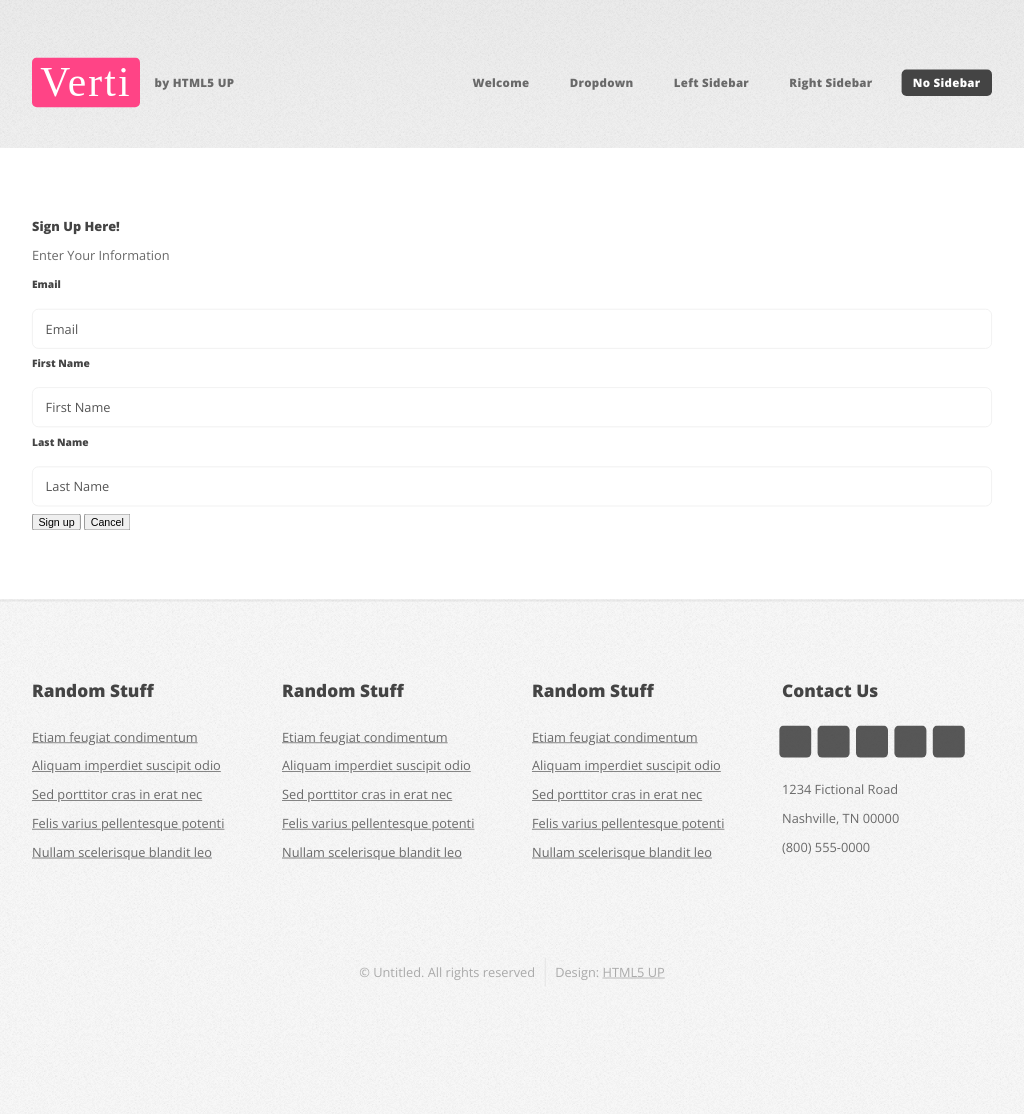
Repository: Tschav/ese2015_hello
Page: http://localhost/Skeleton/pages/index.jsp
These files come from the project's save history. The page is drawn as it stood at one moment and after the next save; the edit follows.
The browser window is 1280 px wide. The pictures show the whole page, at 80% of full size.
Some web fonts or font styles are not loaded; a fallback is used. The page is served by Tomcat 9. Nobody is signed in. The application's start-up code is not run. Other server files are loaded and not shown. The template is opened directly, without the code that normally fills it, so the values that code supplies are empty.

Above is the page before, as saved 2015-09-25 08:58:39.

### Skeleton/src/main/webapp/pages/index.jsp
<%@ page language="java" pageEncoding="UTF-8" contentType="text/html;charset=utf-8" %>
<%@ taglib prefix="c" uri="http://java.sun.com/jsp/jstl/core" %>
<%@ taglib prefix="form" uri="http://www.springframework.org/tags/form" %>
<%@ taglib prefix="spring" uri="http://www.springframework.org/tags" %>


<c:import url="template/header.jsp" />


<h1>Sign Up Here!</h1>


<form:form method="post" modelAttribute="signupForm" action="create" id="signupForm" cssClass="form-horizontal"  autocomplete="off">
    <fieldset>
        <legend>Enter Your Information</legend>

        <c:set var="emailErrors"><form:errors path="email"/></c:set>
        <div class="control-group<c:if test="${not empty emailErrors}"> error</c:if>">
            <label class="control-label" for="field-email">Email</label>

            <div class="controls">
                <form:input path="email" id="field-email" tabindex="1" maxlength="45" placeholder="Email"/>
                <form:errors path="email" cssClass="help-inline" element="span"/>
            </div>
        </div>
        <c:set var="firstNameErrors"><form:errors path="firstName"/></c:set>
        <div class="control-group<c:if test="${not empty firstNameErrors}"> error</c:if>">
            <label class="control-label" for="field-firstName">First Name</label>
            <div class="controls">
                <form:input path="firstName" id="field-firstName" tabindex="2" maxlength="35" placeholder="First Name"/>
                <form:errors path="firstName" cssClass="help-inline" element="span"/>
            </div>
        </div>
        <c:set var="lastNameErrors"><form:errors path="lastName"/></c:set>
        <div class="control-group<c:if test="${not empty lastNameErrors}"> error</c:if>">
            <label class="control-label" for="field-lastName">Last Name</label>
            <div class="controls">
                <form:input path="lastName" id="field-lastName" tabindex="3" maxlength="35" placeholder="Last Name"/>
                <form:errors path="lastName" cssClass="help-inline" element="span"/>
            </div>
        </div>
        <div class="form-actions">
            <button type="submit" class="btn btn-primary">Sign up</button>
            <button type="button" class="btn">Cancel</button>
        </div>
    </fieldset>
</form:form>




	<c:if test="${page_error != null }">
        <div class="alert alert-error">
            <button type="button" class="close" data-dismiss="alert">&times;</button>
            <h4>Error!</h4>
                ${page_error}
        </div>
    </c:if>


<c:import url="template/footer.jsp" />

### Skeleton/src/main/webapp/pages/template/header.jsp



<!DOCTYPE HTML>
<!--
	Verti by HTML5 UP
	html5up.net | @n33co
	Free for personal and commercial use under the CCA 3.0 license (html5up.net/license)
-->
<html>
	<head>
		<title>No Sidebar - Verti by HTML5 UP</title>
		<meta http-equiv="content-type" content="text/html; charset=utf-8" />
		<meta name="description" content="" />
		<meta name="keywords" content="" />
		<!--[if lte IE 8]><script src="/Skeleton/css/ie/html5shiv.js"></script><![endif]-->
		<script src="/Skeleton/js/jquery.min.js"></script>
		<script src="/Skeleton/js/jquery.dropotron.min.js"></script>
		<script src="/Skeleton/js/skel.min.js"></script>
		<script src="/Skeleton/js/skel-layers.min.js"></script>
		<script src="/Skeleton/js/init.js"></script>
		<noscript>
			<link rel="stylesheet" href="/Skeleton/css/skel.css" />
			<link rel="stylesheet" href="/Skeleton/css/style.css" />
			<link rel="stylesheet" href="/Skeleton/css/style-desktop.css" />
		</noscript>
		<!--[if lte IE 8]><link rel="stylesheet" href="/Skeleton/css/ie/v8.css" /><![endif]-->
	</head>
	<body class="no-sidebar">

		<!-- Header -->
			<div id="header-wrapper">
				<header id="header" class="container">

					<!-- Logo -->
						<div id="logo">
							<h1><a href="index.html">Verti</a></h1>
							<span>by HTML5 UP</span>
						</div>

					<!-- Nav -->
						<nav id="nav">
							<ul>
								<li><a href="index.html">Welcome</a></li>
								<li>
									<a href="">Dropdown</a>
									<ul>
										<li><a href="#">Lorem ipsum dolor</a></li>
										<li><a href="#">Magna phasellus</a></li>
										<li>
											<a href="">Phasellus consequat</a>
											<ul>
												<li><a href="#">Lorem ipsum dolor</a></li>
												<li><a href="#">Phasellus consequat</a></li>
												<li><a href="#">Magna phasellus</a></li>
												<li><a href="#">Etiam dolore nisl</a></li>
											</ul>
										</li>
										<li><a href="#">Veroeros feugiat</a></li>
									</ul>
								</li>
								<li><a href="left-sidebar.html">Left Sidebar</a></li>
								<li><a href="right-sidebar.html">Right Sidebar</a></li>
								<li class="current"><a href="no-sidebar.html">No Sidebar</a></li>
							</ul>
						</nav>

				</header>
			</div>

		<!-- Main -->
			<div id="main-wrapper">
				<div class="container">
					<div id="content">

						<!-- Content -->
							<article>

### Skeleton/src/main/webapp/pages/template/footer.jsp
	</article>

					</div>
				</div>
			</div>

		<!-- Footer -->
			<div id="footer-wrapper">
				<footer id="footer" class="container">
					<div class="row">
						<div class="3u">

							<!-- Links -->
								<section class="widget links">
									<h3>Random Stuff</h3>
									<ul class="style2">
										<li><a href="#">Etiam feugiat condimentum</a></li>
										<li><a href="#">Aliquam imperdiet suscipit odio</a></li>
										<li><a href="#">Sed porttitor cras in erat nec</a></li>
										<li><a href="#">Felis varius pellentesque potenti</a></li>
										<li><a href="#">Nullam scelerisque blandit leo</a></li>
									</ul>
								</section>

						</div>
						<div class="3u">

							<!-- Links -->
								<section class="widget links">
									<h3>Random Stuff</h3>
									<ul class="style2">
										<li><a href="#">Etiam feugiat condimentum</a></li>
										<li><a href="#">Aliquam imperdiet suscipit odio</a></li>
										<li><a href="#">Sed porttitor cras in erat nec</a></li>
										<li><a href="#">Felis varius pellentesque potenti</a></li>
										<li><a href="#">Nullam scelerisque blandit leo</a></li>
									</ul>
								</section>

						</div>
						<div class="3u">

							<!-- Links -->
								<section class="widget links">
									<h3>Random Stuff</h3>
									<ul class="style2">
										<li><a href="#">Etiam feugiat condimentum</a></li>
										<li><a href="#">Aliquam imperdiet suscipit odio</a></li>
										<li><a href="#">Sed porttitor cras in erat nec</a></li>
										<li><a href="#">Felis varius pellentesque potenti</a></li>
										<li><a href="#">Nullam scelerisque blandit leo</a></li>
									</ul>
								</section>

						</div>
						<div class="3u">

							<!-- Contact -->
								<section class="widget contact last">
									<h3>Contact Us</h3>
									<ul>
										<li><a href="#" class="icon fa-twitter"><span class="label">Twitter</span></a></li>
										<li><a href="#" class="icon fa-facebook"><span class="label">Facebook</span></a></li>
										<li><a href="#" class="icon fa-instagram"><span class="label">Instagram</span></a></li>
										<li><a href="#" class="icon fa-dribbble"><span class="label">Dribbble</span></a></li>
										<li><a href="#" class="icon fa-pinterest"><span class="label">Pinterest</span></a></li>
									</ul>
									<p>1234 Fictional Road<br />
									Nashville, TN 00000<br />
									(800) 555-0000</p>
								</section>

						</div>
					</div>
					<div class="row">
						<div class="12u">
							<div id="copyright">
								<ul class="menu">
									<li>&copy; Untitled. All rights reserved</li><li>Design: <a href="http://html5up.net">HTML5 UP</a></li>
								</ul>
							</div>
						</div>
					</div>
				</footer>
			</div>

	</body>
</html>

### Skeleton/src/main/webapp/css/style-desktop.css
/*
	Verti by HTML5 UP
	html5up.net | @n33co
	Free for personal and commercial use under the CCA 3.0 license (html5up.net/license)
*/

/*********************************************************************************/
/* Basic                                                                         */
/*********************************************************************************/

	body
	{
		line-height: 2.25em;
	}

	h2
	{
		font-size: 2.25em;
		margin: 0 0 1.1em 0;
		line-height: 1em;
	}

	h3
	{
		font-size: 1.35em;
		margin: 0 0 1em 0;
	}

	/* Button */

		input[type="button"],
		input[type="submit"],
		input[type="reset"],
		.button
		{
			font-size: 1.35em;
			padding: 0.6em 1.5em;
		}

			input[type="button"].big,
			input[type="submit"].big,
			input[type="reset"].big,
			.button.big
			{
				font-size: 2.25em;
				padding: 0.8em 0.9em;
			}

			.button.icon
			{
			}

				.button.icon:before
				{
					margin-right: 0.5em;
					top: 0.05em;
				}

	/* Box */

		.box
		{
			padding: 2em;
		}

			.box.feature
			{
				padding: 0;
			}

				.box.feature .inner
				{
					padding: 4em 2em 3em 2em;
				}

				.box.feature h2
				{
					font-size: 1.35em;
				}

				.box.feature p
				{
					margin: 0;
				}

				.box.feature .image
				{
					position: relative;
					margin: 0;
				}

					.box.feature .image img
					{
						border-bottom-left-radius: 0;
						border-bottom-right-radius: 0;
					}

/*********************************************************************************/
/* Widgets                                                                       */
/*********************************************************************************/

	.widget
	{
	}

		.widget.thumbnails
		{
		}

			.widget.thumbnails .grid
			{
				margin: 0 0 3em 0;
			}

			.widget.thumbnails .image
			{
				margin: 0;
			}

/*********************************************************************************/
/* Wrappers                                                                      */
/*********************************************************************************/

	#header-wrapper
	{
		padding: 4.5em 0 1em 0;
	}

	#features-wrapper
	{
		padding: 3em 0 3em 0;
	}

	#main-wrapper
	{
		padding: 5em 0 5em 0;
	}

	#footer-wrapper
	{
		padding: 6em 0 8em 0;
	}

/*********************************************************************************/
/* Logo                                                                          */
/*********************************************************************************/

	#logo
	{
	}

		#logo h1
		{
			float: left;
			margin: 0 0.35em 0 0;
			padding: 0.25em 0.2em 0.25em 0.2em;
			font-size: 3.25em;
			letter-spacing: 0.05em;
		}

		#logo span
		{
			line-height: 4.5em;
			letter-spacing: 0.025em;
			font-size: 0.9em;
		}

/*********************************************************************************/
/* Nav                                                                           */
/*********************************************************************************/

	#nav
	{
		position: absolute;
		right: 0;
		top: 0;
		font-size: 0.9em;
	}

		#nav ul
		{
		}

			#nav ul li
			{
				float: left;
				line-height: 4.5em;
				padding-left: 1.5em;
			}

				#nav ul li a,
				#nav ul li span
				{
					font-weight: 800;
					letter-spacing: 0.025em;
					color: #696969;
					text-decoration: none;
					border-radius: 6px;
					padding: 0.5em 1em 0.5em 1em;
					-moz-transition: background-color .25s ease-in-out;
					-webkit-transition: background-color .25s ease-in-out;
					-o-transition: background-color .25s ease-in-out;
					-ms-transition: background-color .25s ease-in-out;
					transition: background-color .25s ease-in-out;
				}

				#nav ul li > ul
				{
					display: none;
				}

			#nav ul li:hover
			{
			}

				#nav ul li:hover a,
				#nav ul li:hover span
				{
					background: #fff;
				}

			#nav ul li.active
			{
			}

				#nav ul li.active a,
				#nav ul li.active span
				{
					background: #fff;
				}

			#nav ul li.current
			{
			}

				#nav ul li.current a
				{
					background: #444;
					color: #fff;
				}

	.dropotron
	{
		background: #fff;
		letter-spacing: 0.025em;
		color: #696969;
		text-decoration: none;
		border-radius: 6px;
		padding: 0.75em 0;
		min-width: 15em;
		box-shadow: inset 0 0 0 1px rgba(0,0,0,0.1), 0 0.25em 0.25em 0.1em rgba(0,0,0,0.025);
		margin-top: calc(-0.75em + 1px);
		margin-left: -1px;
	}

		.dropotron li
		{
			border-top: solid 1px #eee;
			line-height: 3em;
		}

			.dropotron li:first-child
			{
				border-top: 0;
			}

			.dropotron li > a,
			.dropotron li > span
			{
				text-decoration: none;
				color: inherit;
				display: block;
				padding: 0 1.5em;
				-moz-transition: color .25s ease-in-out, background-color .25s ease-in-out;
				-webkit-transition: color .25s ease-in-out, background-color .25s ease-in-out;
				-o-transition: color .25s ease-in-out, background-color .25s ease-in-out;
				-ms-transition: color .25s ease-in-out, background-color .25s ease-in-out;
				transition: color .25s ease-in-out, background-color .25s ease-in-out;
			}

				.dropotron li > a:hover,
				.dropotron li > span:hover,
				.dropotron li.active > a,
				.dropotron li.active > span
				{
					background: #eee;
				}

		.dropotron.level-0
		{
			font-size: 0.8em;
			margin-left: 1.5em;
			margin-top: 0;
		}

			.dropotron.level-0:before
			{
				content: '';
				position: absolute;
				top: -0.5em;
				left: 1em;
				border-bottom: solid 0.75em #ffffff;
				border-left: solid 0.75em transparent;
				border-right: solid 0.75em transparent;
				z-index: 1;
			}

/*********************************************************************************/
/* Banner                                                                        */
/*********************************************************************************/

	#banner
	{
		padding: 4.5em;
	}

		#banner h2
		{
			font-size: 3.5em;
			margin: 0.1em 0 0.35em 0;
		}

		#banner p
		{
			font-size: 2.75em;
			line-height: 1.35em;
			margin: 0;
		}

		#banner .button
		{
			width: 100%;
			margin-bottom: 0.5em;
		}

			#banner .button.icon:before
			{
				position: absolute;
				right: 0.15em;
				top: 50%;
				margin-top: -0.5em;
			}

		#banner .button.alt
		{
			margin-bottom: 0;
		}

		#banner ul
		{
			margin: 0 0 0 2em;
		}

/*********************************************************************************/
/* Footer                                                                        */
/*********************************************************************************/

	#footer
	{
	}

	#copyright
	{
		padding: 4em 0 0 0;
		text-align: center;
	}

Loaded but not shown: Skeleton/src/main/webapp/js/jquery.min.js (library); Skeleton/src/main/webapp/js/jquery.dropotron.min.js (library); Skeleton/src/main/webapp/js/skel.min.js (library); Skeleton/src/main/webapp/js/skel-layers.min.js (library); Skeleton/src/main/webapp/css/font-awesome.min.css (library); Skeleton/src/main/webapp/js/init.js (81 lines, source omitted); Skeleton/src/main/webapp/css/style.css (670 lines, source omitted)

After the next save:
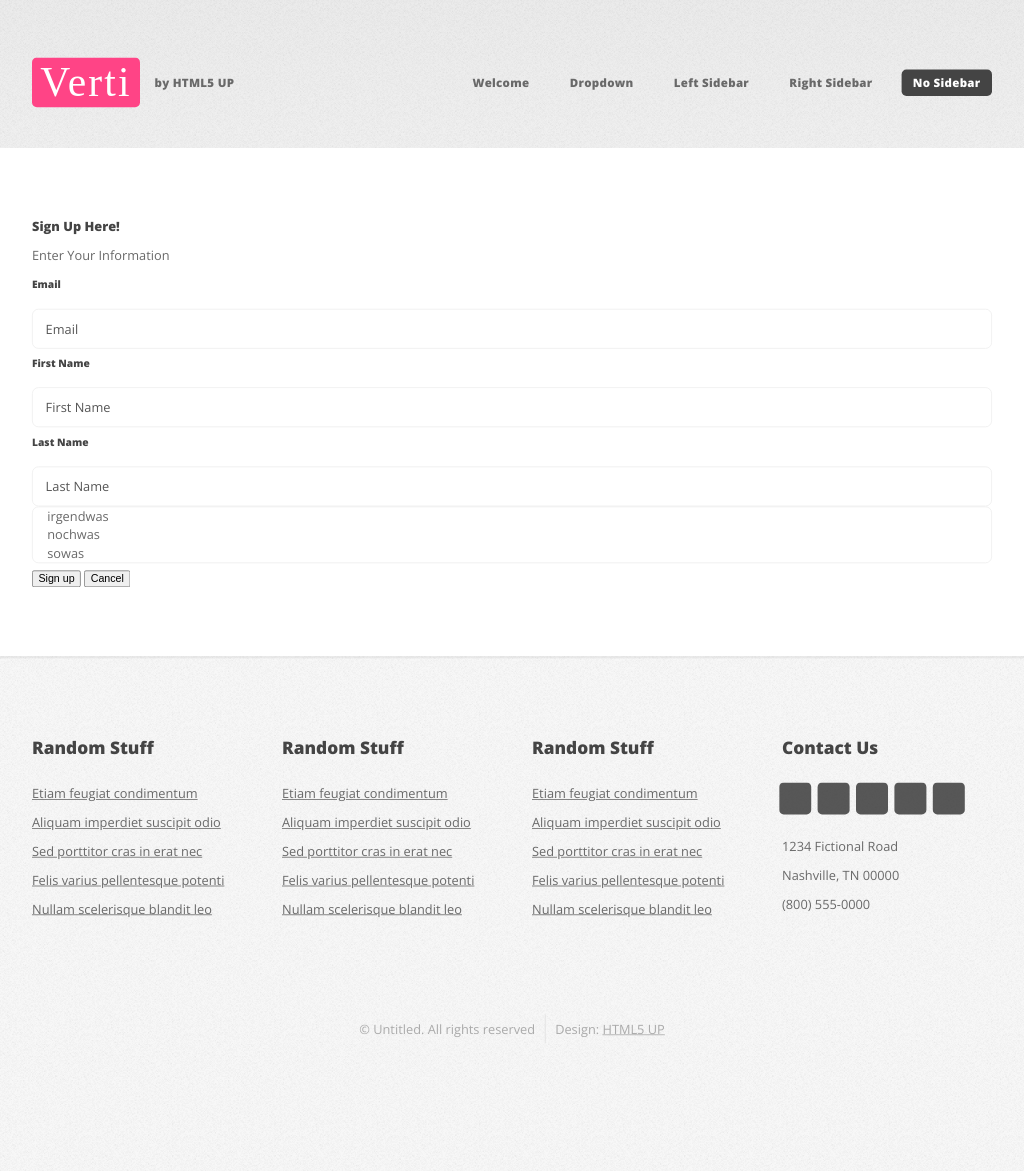
Saved 2 min 48 s later.
--- a/Skeleton/src/main/webapp/pages/index.jsp
+++ b/Skeleton/src/main/webapp/pages/index.jsp
@@ -39,6 +39,11 @@
                 <form:errors path="lastName" cssClass="help-inline" element="span"/>
             </div>
         </div>
+        <select id="teams" name="teams" size=3>
+        	<option>irgendwas</option>
+        	<option>nochwas</option>
+        	<option>sowas</option>
+        </select>
         <div class="form-actions">
             <button type="submit" class="btn btn-primary">Sign up</button>
             <button type="button" class="btn">Cancel</button>
